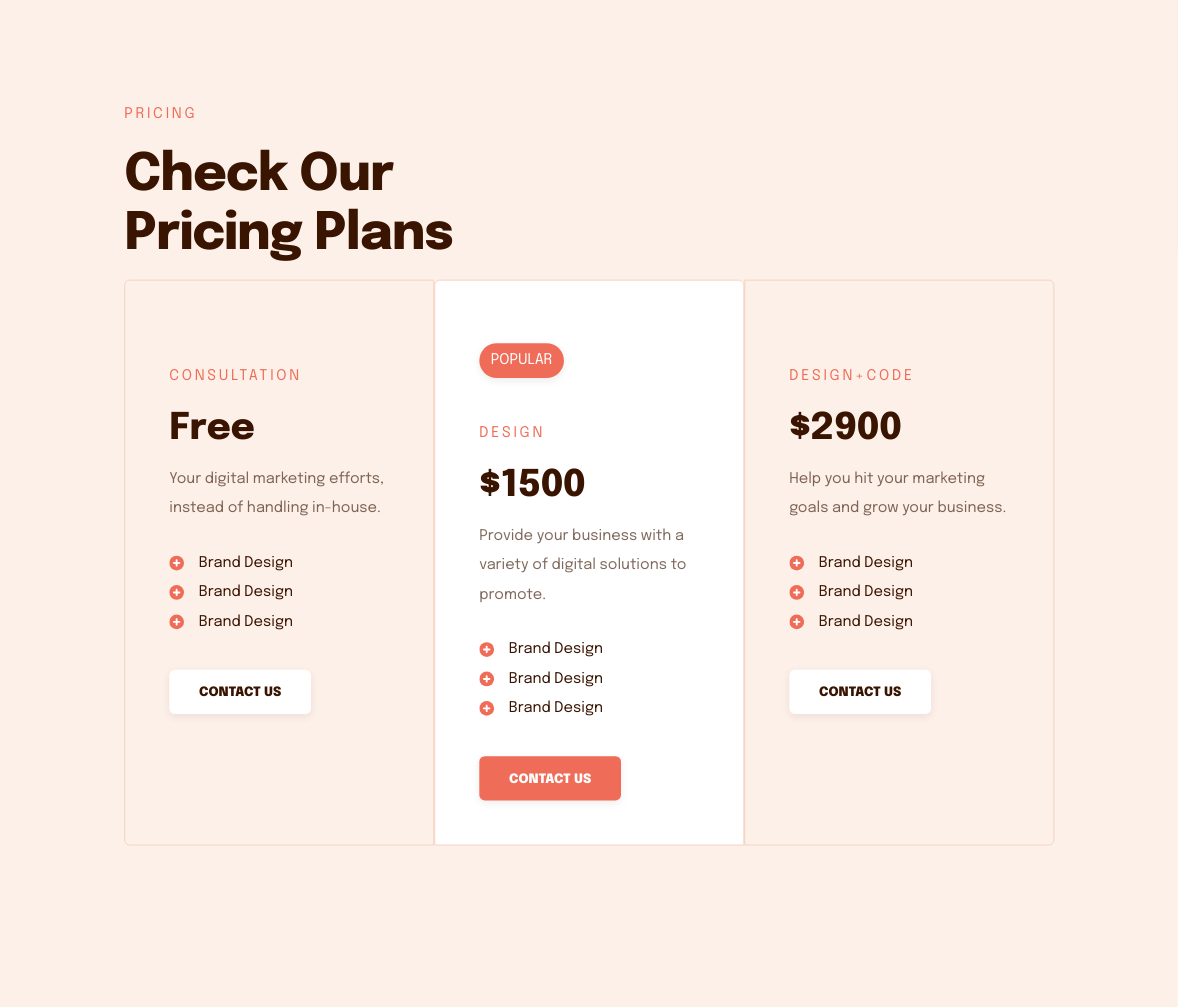
Repository: simralgasimov/pricing
Page: index.html
The author's editor kept a copy of each file at every save. The page is drawn from the files as they stood at one save, then again after the next save.
The browser window is 1280 px wide. The pictures show the whole page, at 92% of full size.

Above is the page before, as saved 2023-09-11 13:18:21.

After the next save:
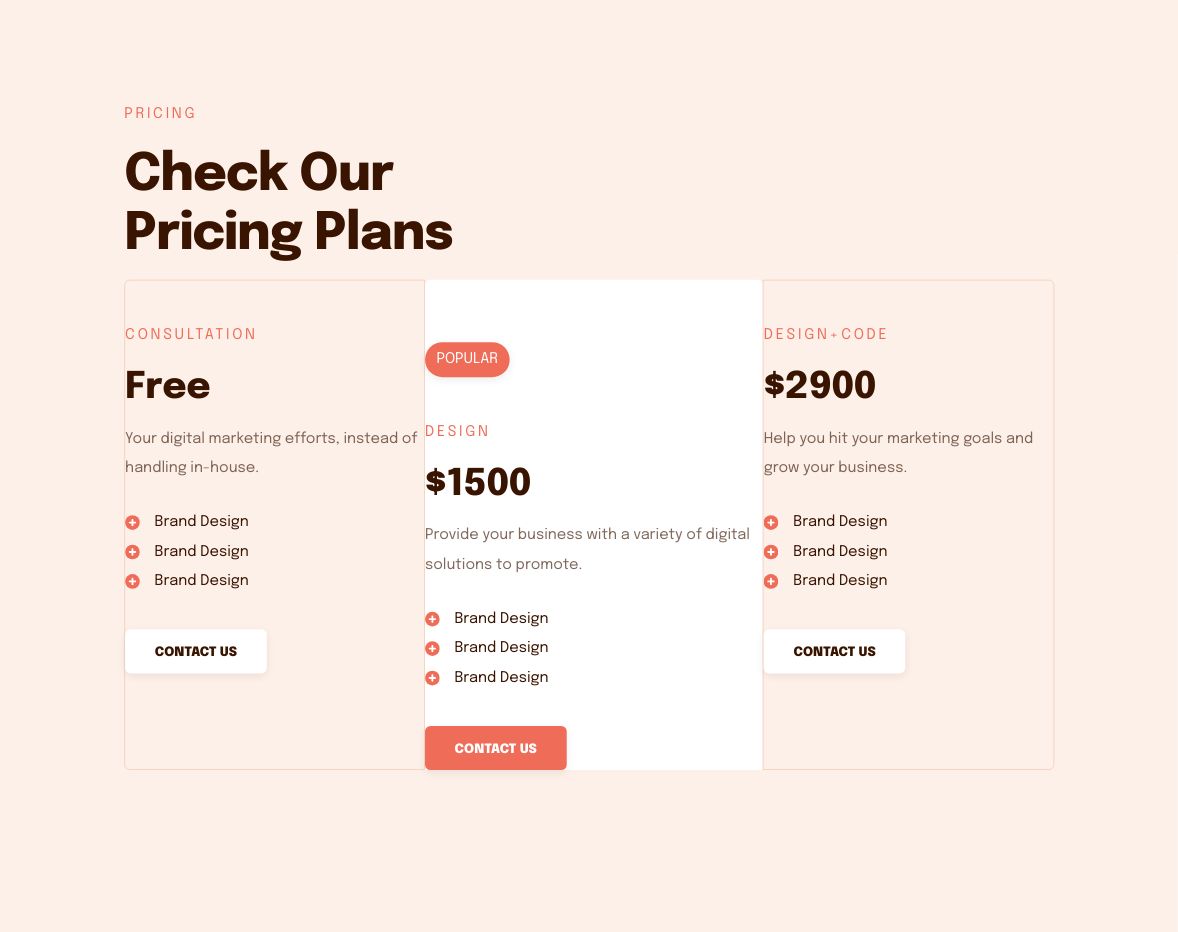
Saved 34 s later.
--- a/index.css
+++ b/index.css
@@ -97,11 +97,7 @@
   margin-right: 16px;
 }
 
-.container .box-container .box {
-  border: 1px solid #f3d1bf;
-  width: 33.33%;
-  padding: 44px 47px 48px 48px;
-}
+
 
 .container .box-container .box:first-child {
   border-radius: 6px 0px 0px 6px;

After the save that followed:
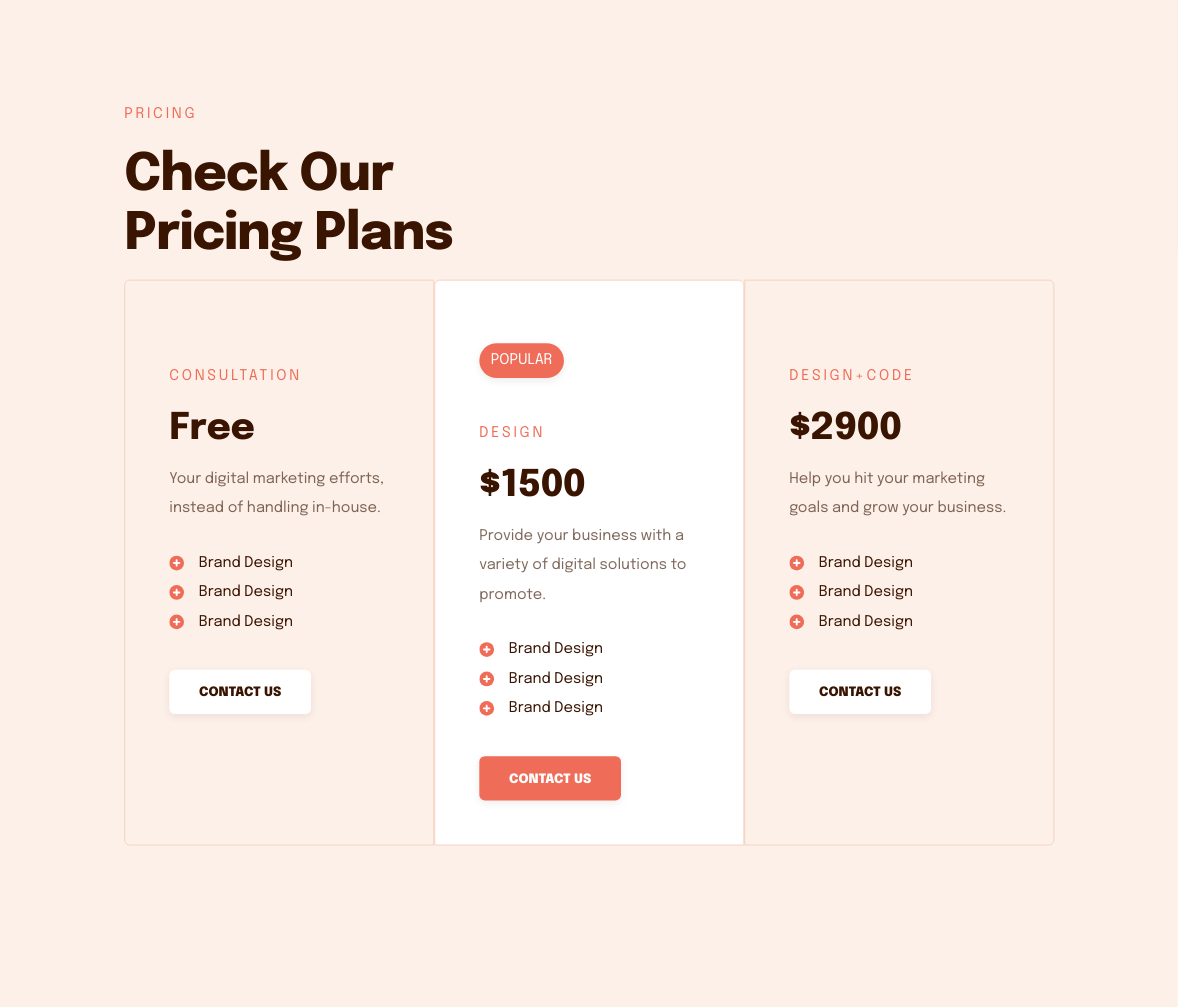
Saved 8 s later.
--- a/index.css
+++ b/index.css
@@ -40,7 +40,9 @@
   display: flex;
 }
 .container .box-container .box {
-
+  border: 1px solid #f3d1bf;
+  width: 33.33%;
+  padding: 44px 47px 48px 48px;
 }
 
 .container .box-container .box h3 {
